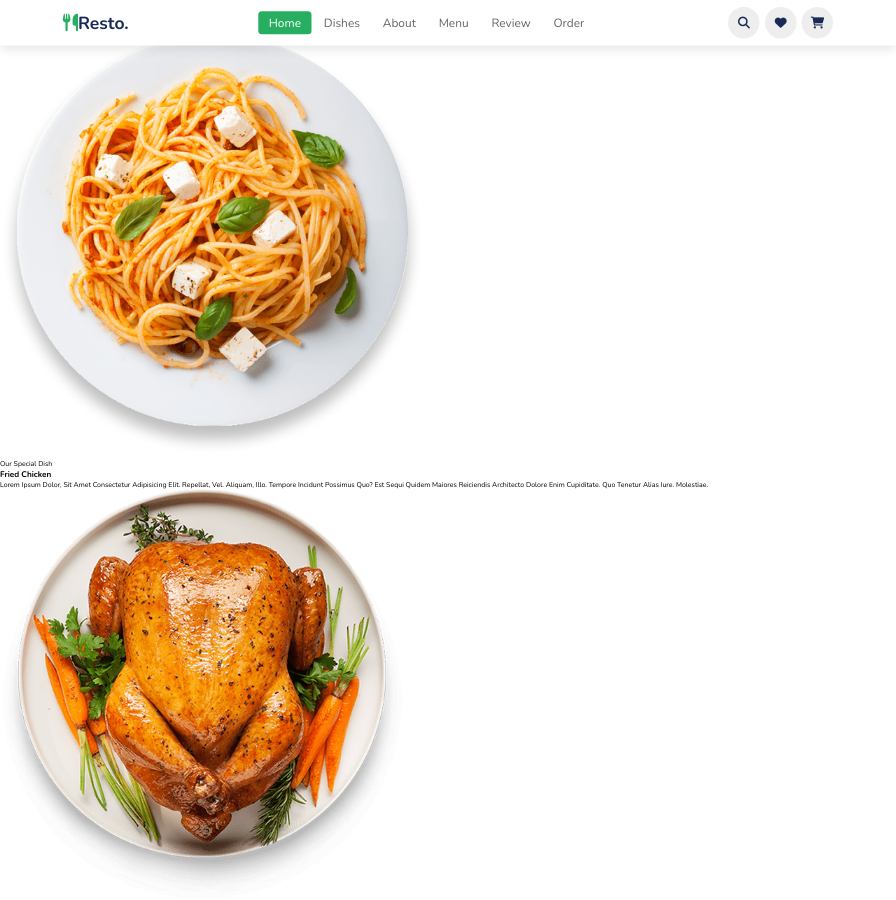
Repository: CarsonDev1/FoodWeb
Page: index.html
An editor plug-in stored every save of this project. The page is shown before and after the next save, followed by the edit.
The browser window is 1280 px wide. The pictures show the whole page, at 70% of full size.
Some web libraries are served in a nearby version.

Above is the page before, as saved 2022-05-18 19:25:10.

### index.html
<!DOCTYPE html>
<html lang="en">
  <head>
    <meta charset="UTF-8" />
    <meta http-equiv="X-UA-Compatible" content="IE=edge" />
    <meta name="viewport" content="width=device-width, initial-scale=1.0" />
    <title>Document</title>
    <!-- CSS link -->
    <link rel="stylesheet" href="./css/style.css" />
    <!-- Google font -->
    <link rel="preconnect" href="https://fonts.googleapis.com" />
    <link rel="preconnect" href="https://fonts.gstatic.com" crossorigin />
    <link
      href="https://fonts.googleapis.com/css2?family=DM+Sans:wght@700&family=Manrope:wght@400;700;800&family=Nunito:wght@200;300;400;600;700&display=swap"
      rel="stylesheet"
    />
    <!-- font awesome cdn link -->
    <link
      rel="stylesheet"
      href="https://cdnjs.cloudflare.com/ajax/libs/font-awesome/6.1.1/css/all.min.css"
    />
  </head>
  <body>
    <!-- Header section start -->
    <header>
      <a href="#" class="logo"><i class="fas fa-utensils"></i>resto.</a>
      <nav class="navbar">
        <a class="active" href="#home">home</a>
        <a href="#dishes">dishes</a>
        <a href="#about">about</a>
        <a href="#menu">menu</a>
        <a href="#review">review</a>
        <a href="#order">order</a>
      </nav>
      <div class="icons">
        <i class="fas fa-bars" id="menu-bars"></i>
        <i class="fas fa-search" id="search-icon"></i>
        <a href="#" class="fas fa-heart"></a>
        <a href="#" class="fas fa-shopping-cart"></a>
      </div>
    </header>
    <!-- Header section end -->
    <!-- Search form -->
    <form action="" id="search-form">
      <input
        type="search"
        placeholder="search here..."
        name=""
        id="search-box"
      />
      <label for="search-box" class="fas fa-search"></label>
      <i class="fas fa-times" id="close"></i>
    </form>
    <!-- home section start -->
    <section class="home" id="home">
      <div class="container">
        <div class="wrapper">
          <div class="slide">
            <div class="content">
              <span>our special dish</span>
              <h3>spicy noodles</h3>
              <p>
                Lorem ipsum dolor, sit amet consectetur adipisicing elit.
                Repellat, vel. Aliquam, illo. Tempore incidunt possimus quo? Est
                sequi quidem maiores reiciendis architecto dolore enim
                cupiditate. Quo tenetur alias iure. Molestiae.
              </p>
              <a href="#" class="btn"></a>
            </div>
            <div class="image">
              <img src="images/home-img-1.png" alt="" />
            </div>
          </div>
          <div class="slide">
            <div class="content">
              <span>our special dish</span>
              <h3>fried chicken</h3>
              <p>
                Lorem ipsum dolor, sit amet consectetur adipisicing elit.
                Repellat, vel. Aliquam, illo. Tempore incidunt possimus quo? Est
                sequi quidem maiores reiciendis architecto dolore enim
                cupiditate. Quo tenetur alias iure. Molestiae.
              </p>
              <a href="#" class="btn"></a>
            </div>
            <div class="image">
              <img src="images/home-img-2.png" alt="" />
            </div>
          </div>
        </div>
      </div>
    </section>
    <!-- home section end -->
    <!-- JS file link -->
    <script src="./js/app.js"></script>
  </body>
</html>

### css/style.css
:root {
  --green: #27ae60;
  --black: #192a56;
  --light-color: #666;
  --box-shadow: 0 0.5rem 1.5rem rgba(0, 0, 0, 0.1);
}
* {
  font-family: "Nunito", sans-serif;
  margin: 0;
  padding: 0;
  box-sizing: border-box;
  text-decoration: none;
  outline: none;
  border: none;
  text-transform: capitalize;
  transition: all 0.2s linear;
}
html {
  font-size: 62.5%;
  overflow-x: hidden;
  scroll-padding-top: 5.5rem;
  scroll-behavior: smooth;
}
header {
  position: fixed;
  top: 0;
  left: 0;
  right: 0;
  background: #fff;
  padding: 1rem 7%;
  display: flex;
  align-items: center;
  justify-content: space-between;
  z-index: 1000;
  box-shadow: var(--box-shadow);
}
header .logo {
  color: var(--black);
  font-size: 2.5rem;
  font-weight: bolder;
}
header .logo i {
  color: var(--green);
}
header .navbar a {
  font-size: 1.7rem;
  border-radius: 0.5rem;
  padding: 0.5rem 1.5rem;
  color: var(--light-color);
}
header .navbar a.active,
header .navbar a:hover {
  background: var(--green);
  color: #fff;
}
header .icons i,
header .icons a {
  cursor: pointer;
  margin-left: 0.5rem;
  height: 4.5rem;
  line-height: 4.5rem;
  width: 4.5rem;
  text-align: center;
  font-size: 1.7rem;
  color: var(--black);
  border-radius: 50%;
  background: #eee;
}
header .icons i:hover,
header .icons a:hover {
  color: #fff;
  background: var(--green);
  transform: rotate(360deg);
}
header .icons #menu-bars {
  display: none;
}
#search-form {
  position: fixed;
  top: -110%;
  left: 0;
  height: 100%;
  width: 100%;
  z-index: 1004;
  background: rgba(0, 0, 0, 0.8);
  display: flex;
  align-items: center;
  justify-content: center;
  padding: 0 1rem;
}
#search-form.active {
  top: 0;
}
#search-form #search-box {
  width: 50rem;
  border-bottom: 1px solid #fff;
  padding: 1rem 0;
  color: #fff;
  font-size: 3rem;
  text-transform: none;
  background: none;
}
#search-form #search-box::placeholder {
  color: #eee;
}
#search-form #search-box::-webkit-search-cancel-button {
  -webkit-appearance: none;
}
#search-form label {
  color: #fff;
  cursor: pointer;
  font-size: 3rem;
}
#search-form label:hover {
  color: var(--green);
}
#search-form #close {
  position: absolute;
  color: #fff;
  cursor: pointer;
  top: 2rem;
  right: 3rem;
  font-size: 5rem;
}
/* media queries */
@media (max-width: 991px) {
  html {
    font-size: 55%;
  }
  header {
    padding: 1rem 2rem;
  }
}
@media (max-width: 768px) {
  header .icons #menu-bars {
    display: inline-block;
  }
  header .navbar {
    position: absolute;
    top: 100%;
    left: 0;
    right: 0;
    background: #fff;
    border-top: 0.1rem solid rgba(0, 0, 0, 0.2);
    padding: 1rem;
    clip-path: polygon(0 0, 100% 0, 100% 0, 0 0);
  }
  header .navbar.active {
    clip-path: polygon(0 0, 100% 0, 100% 100%, 0 100%);
  }
  header .navbar a {
    display: block;
    font-size: 2.5rem;
    padding: 1.5rem;
    margin: 1rem;
    background: #eee;
  }
  #search-form #search-box {
    width: 90%;
    margin: 0 1rem;
  }
}
@media (max-width: 991px) {
  html {
    font-size: 50%;
  }
}

### js/app.js
let menu = document.querySelector("#menu-bars");
let navbar = document.querySelector(".navbar");

menu.onclick = () => {
  menu.classList.toggle("fa-times");
  navbar.classList.toggle("active");
};
menu.onscroll = () => {
  menu.classList.remove("fa-times");
  navbar.classList.remove("active");
};
document.querySelector("#search-icon").onclick = () => {
  document.querySelector("#search-form").classList.toggle("active");
};
document.querySelector("#close").onclick = () => {
  document.querySelector("#search-form").classList.remove("active");
};

After the next save:
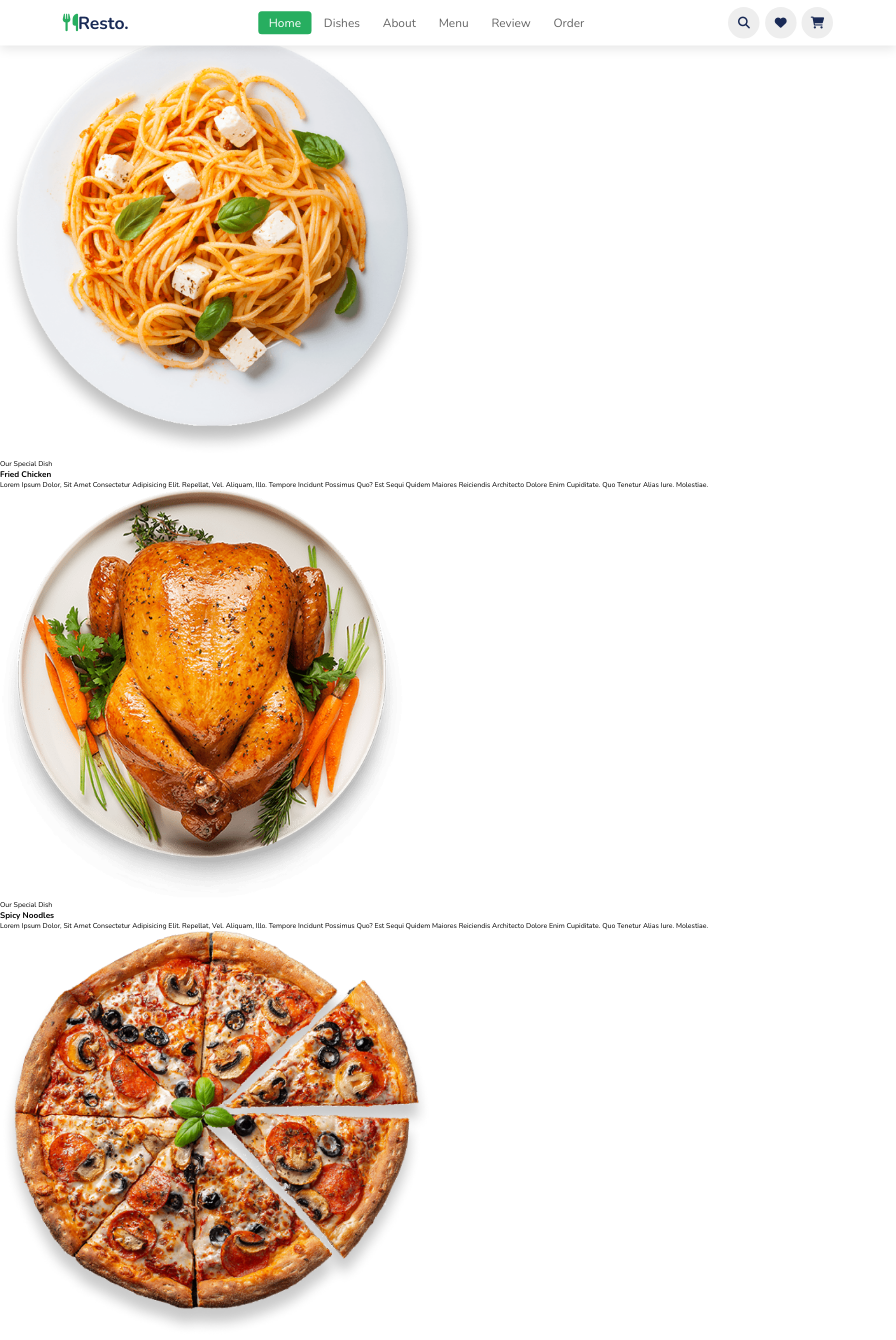
Saved 15 s later.
--- a/index.html
+++ b/index.html
@@ -87,6 +87,22 @@
               <img src="images/home-img-2.png" alt="" />
             </div>
           </div>
+          <div class="slide">
+            <div class="content">
+              <span>our special dish</span>
+              <h3>spicy noodles</h3>
+              <p>
+                Lorem ipsum dolor, sit amet consectetur adipisicing elit.
+                Repellat, vel. Aliquam, illo. Tempore incidunt possimus quo? Est
+                sequi quidem maiores reiciendis architecto dolore enim
+                cupiditate. Quo tenetur alias iure. Molestiae.
+              </p>
+              <a href="#" class="btn"></a>
+            </div>
+            <div class="image">
+              <img src="images/home-img-3.png" alt="" />
+            </div>
+          </div>
         </div>
       </div>
     </section>
